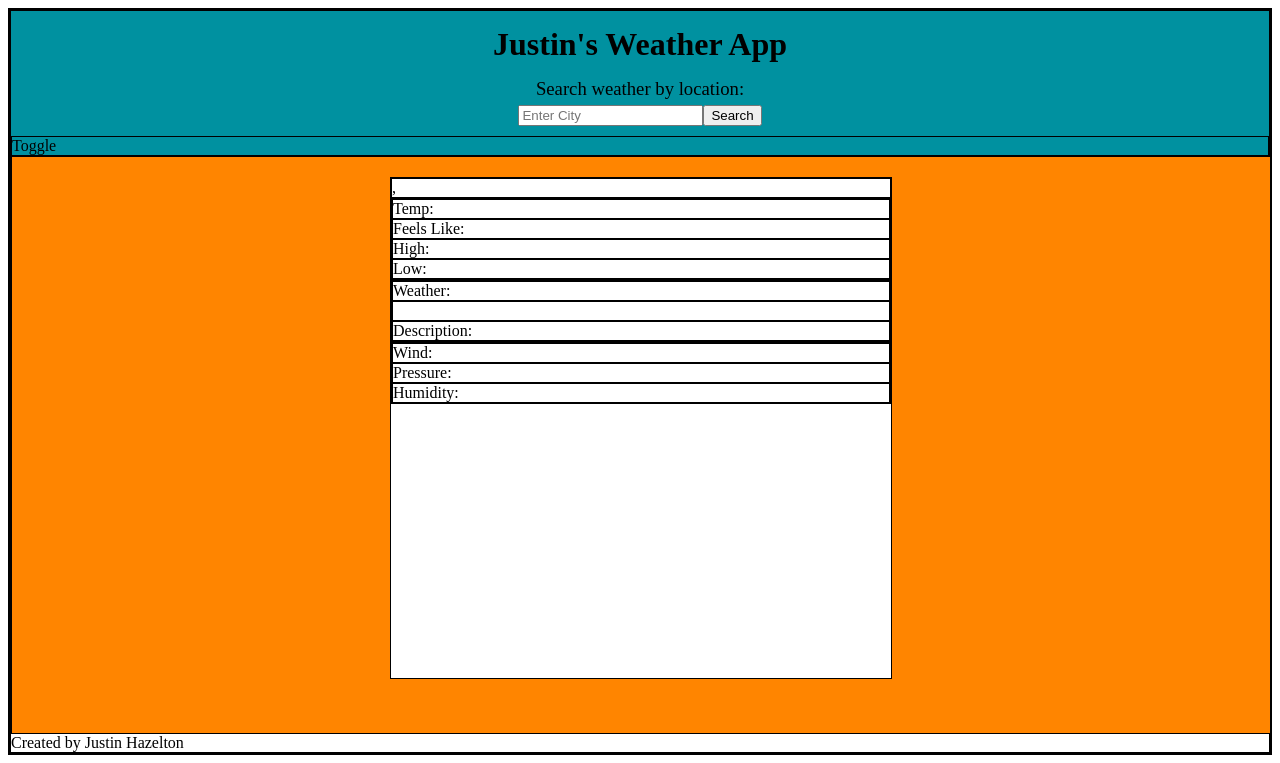
Repository: J-Haze/Weather
Page: /
The author's editor kept a copy of each file at every save. The page is drawn from the files as they stood at one save, then again after the next save.
The browser window is 1280 px wide. The pictures show the whole page.
The project was rebuilt for these pictures with package versions that can differ from the ones it lists, and the page was loaded fresh each time. Also part of the build but not shown: src/index.css.

Above is the page before, as saved 2020-09-06 20:07:43.

After the next save:
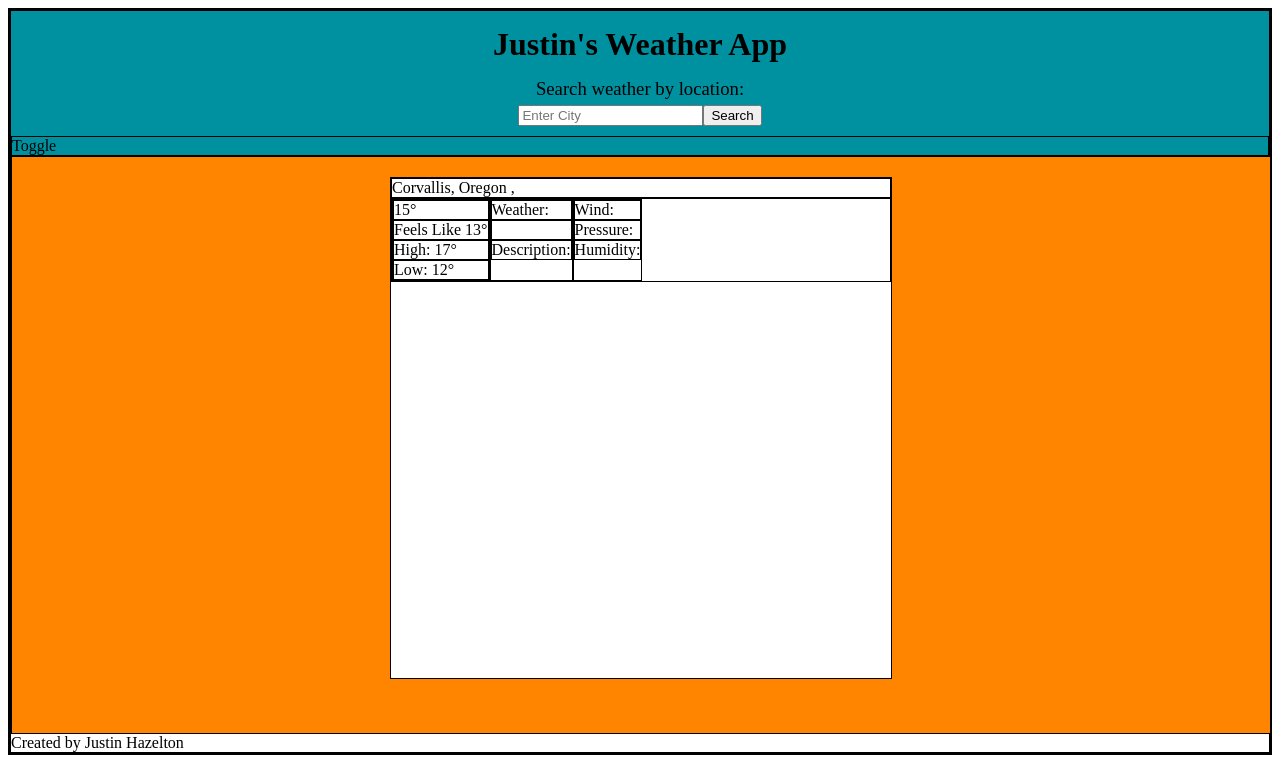
Saved 30 s later.
--- a/src/components/Weather.js
+++ b/src/components/Weather.js
@@ -146,29 +146,30 @@ const Weather = () => {
             <div id="results-section">
                 <div id="results-card">
                     <div className="location">
-                        {`${city},${country}`}
+                        {`Corvallis, Oregon ${city},${country}`}
                     </div>
 
-                    <div className="temp-container">
-                        <div className="temp">Temp: {temp}</div>
-                        <div className="feel">Feels Like: {feel}</div>
-                        <div className="max">High: {max}</div>
-                        <div className="min">Low: {min}</div>
+                    <div className="row">
+                        <div className="temp-container">
+                            <div className="temp">15&#176; {temp}</div>
+                            <div className="feel">Feels Like 13&#176; {feel}</div>
+                            <div className="max">High: 17&#176; {max}</div>
+                            <div className="min">Low: 12&#176; {min}</div>
 
+                        </div>
+
+                        <div className="weather-container">
+                            <div className="weather"> Weather: {weather} </div>
+                            <div className="icon"><img src={weatherIcons[icon]} /></div>
+                            <div className="description">Description: {description}</div>
+                        </div>
+
+                        <div className="other-container">
+                            <div className="wind">Wind: {wind}</div>
+                            <div className="pressure">Pressure: {pressure}</div>
+                            <div className="humidity">Humidity: {humidity}</div>
+                        </div>
                     </div>
-
-                    <div className="weather-container">
-                        <div className="weather"> Weather: {weather} </div>
-                        <div className="icon"><img src={weatherIcons[icon]} /></div>
-                        <div className="description">Description: {description}</div>
-                    </div>
-
-                    <div className="other-container">
-                        <div className="wind">Wind: {wind}</div>
-                        <div className="pressure">Pressure: {pressure}</div>
-                        <div className="humidity">Humidity: {humidity}</div>
-                    </div>
-
                 </div>
             </div>
             <footer>
